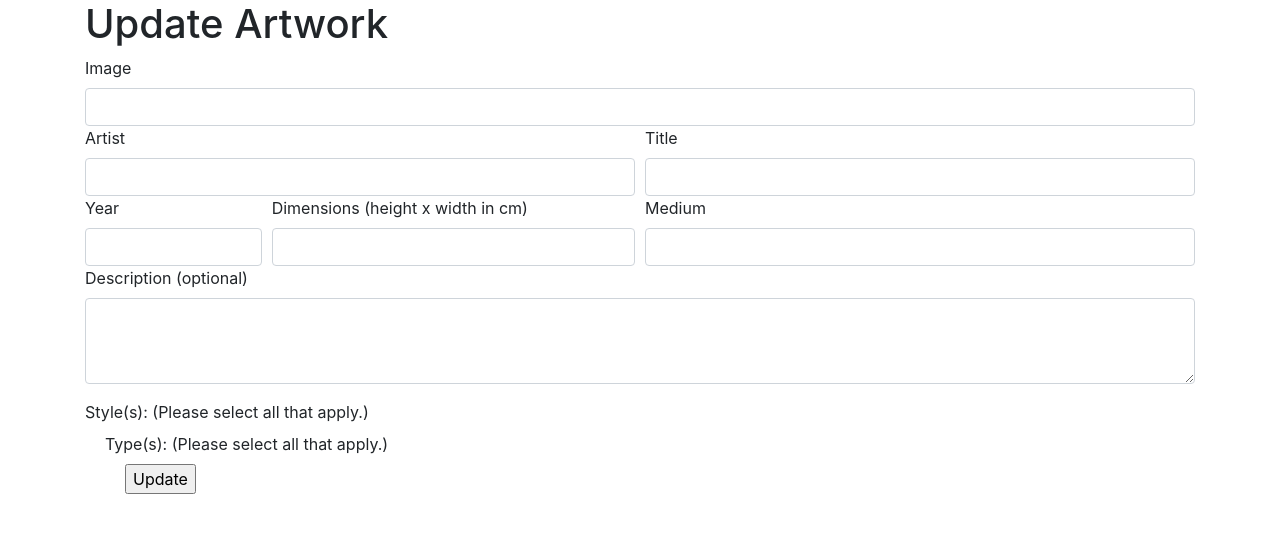
Repository: lynette-lyf/artwork-inventory
Page: templates/edit_artwork.template.html
The author's editor kept a record of every edit. The page is drawn from the files as they stood at one moment, then again after the next edit.
The browser window is 1280 px wide. The pictures show the whole page.
The page is served by the project's application, run on Flask 3 (app.py). The template is opened directly, without the code that normally fills it, so the values that code supplies are empty.

Above is the page before.

After the next edit:
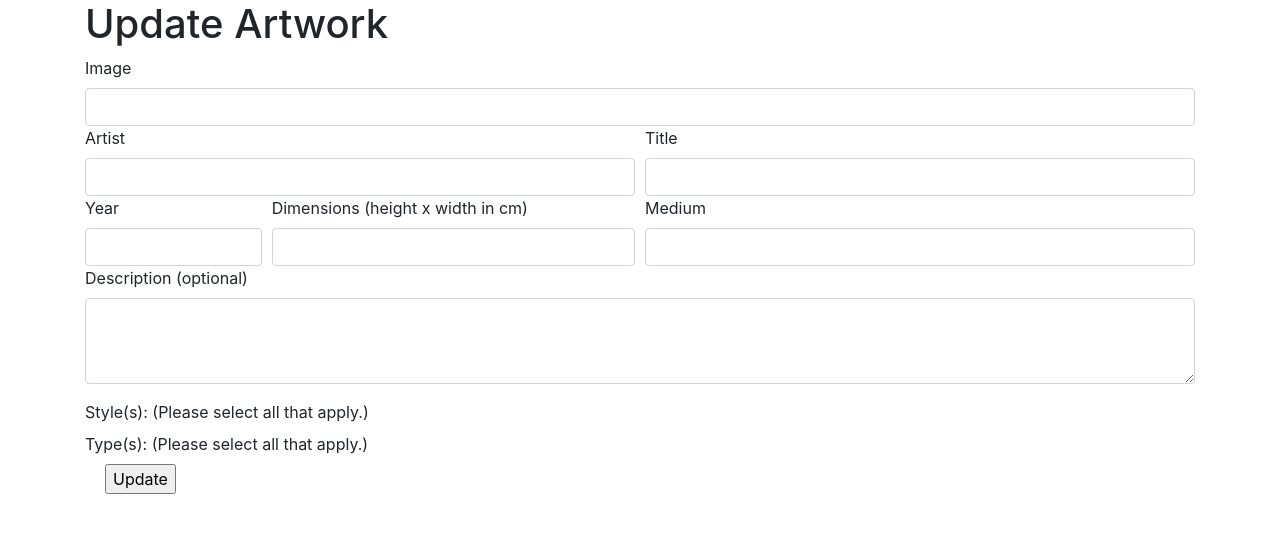
The edit:
--- a/templates/edit_artwork.template.html
+++ b/templates/edit_artwork.template.html
@@ -61,6 +61,10 @@
             </label>
             {% endfor %}
 
+            </div>
+
+            <div>
+
             <label>Type(s): (Please select all that apply.)</label>
 
             <div class="form-check">
